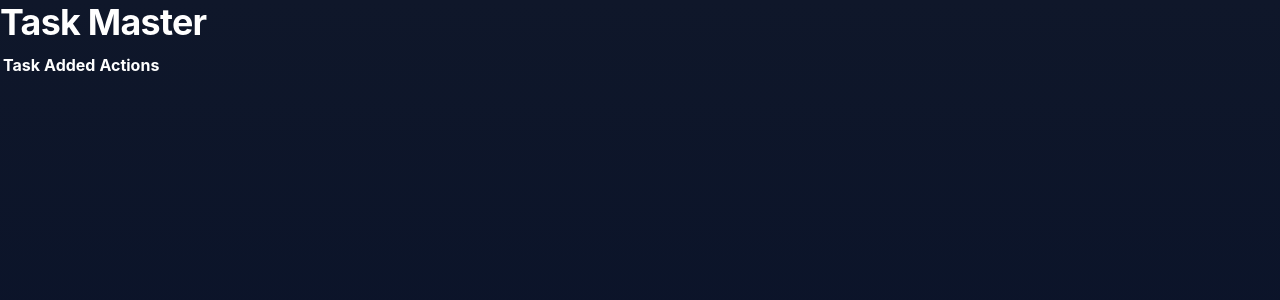
Repository: k10sj02/task-master-flex
Page: http://localhost/
These files come from the project's save history. The page is drawn as it stood at one moment and after the next save; the edit follows.
The browser window is 1280 px wide. The pictures show the whole page.
The page is served by the project's application, run on Flask 3 (app.py).

Above is the page before, as saved 2025-11-13 21:46:39.

### templates/index.html
{% extends 'base.html' %}

{% block head %}
  <title>Hello from Child Template</title>
{% endblock %}

{% block content %}

<div class="content">
  <h1>Task Master</h1>

  <table>
    <tr>
      <th>Task</th>
      <th>Added</th>
      <th>Actions</th>
    </tr>
  </table>


</div>
{% endblock %}

### templates/base.html
<!doctype html>
<html lang="en">
<head>
  <meta charset="utf-8">
  <meta name="viewport" content="width=device-width, initial-scale=1">
  {% block head %}{% endblock %}
  <link rel="stylesheet" href="{{ url_for('static', filename='css/main.css') }}">
</head>


  <style>
    :root{
      --bg: #0f172a;
      --card: #0b1220;
      --accent: #60a5fa;
      --muted: #94a3b8;
      --white: #ffffff;
      font-family: Inter, system-ui, -apple-system, "Segoe UI", Roboto, "Helvetica Neue", Arial;
    }

    html,body{
      height:100%;
      margin:0;
      background: linear-gradient(180deg, var(--bg) 0%, #071029 100%);
      color:var(--white);
      -webkit-font-smoothing:antialiased;
      -moz-osx-font-smoothing:grayscale;
    }

    .wrap{
      min-height:100%;
      display:flex;
      align-items:center;
      justify-content:center;
      padding:2rem;
      box-sizing:border-box;
    }

    .card{
      background: linear-gradient(180deg, rgba(255,255,255,0.03), rgba(255,255,255,0.02));
      border:1px solid rgba(255,255,255,0.04);
      padding:2.25rem 3rem;
      border-radius:12px;
      box-shadow: 0 8px 30px rgba(2,6,23,0.6);
      text-align:center;
      max-width:720px;
      width:100%;
    }

    h1{
      margin:0 0 0.5rem 0;
      font-size:clamp(1.5rem, 2.8vw, 2.25rem);
      letter-spacing:-0.02em;
    }

    p.lead{
      margin:0;
      color:var(--muted);
      font-size:1rem;
    }

    .badge{
      display:inline-block;
      margin-bottom:1rem;
      background:rgba(96,165,250,0.12);
      color:var(--accent);
      border-radius:999px;
      padding:0.25rem 0.6rem;
      font-weight:600;
      font-size:0.85rem;
    }

    @media (max-width:420px){
      .card{padding:1.25rem}
    }
  </style>
</head>
<body>

  {% block content %}
  <!-- default content (child templates will override this) -->
  <main class="wrap">
    <section class="card">
      <div class="badge">Boilerplate</div>
      <h1>Hello World 2</h1>
      <p class="lead">
        This is a minimal HTML + CSS starter. Replace this text with your app content.
      </p>
    </section>
  </main>
  {% endblock %}

</body>
</html>

### app.py
from flask import Flask, render_template
from flask_sqlalchemy import SQLAlchemy
from datetime import datetime

app = Flask(__name__)
app.config['SQLALCHEMY_DATABASE_URI'] = 'sqlite:///test.db'
db = SQLAlchemy(app)

class Todo(db.Model):
  id = db.Column(db.Integer, primary_key=True)
  content = db.Column(db.String(200), nullable=False)
  completed = db.Column(db.Integer, default=0)
  date_created = db.Column(db.DateTime, default=datetime.utcnow)

  def __repr__(self):
    return '<Task %r>' % self.id

@app.route('/')
def index():
  return render_template('index.html')

if __name__ == "__main__":
  app.run(debug=True)

### static/main.css
/* Root variables for colors and fonts */
:root {
  --bg: #0f172a;         /* dark navy background */
  --card: #0b1220;       /* card background */
  --accent: #60a5fa;     /* soft blue accent */
  --muted: #94a3b8;      /* muted text */
  --white: #ffffff;       /* primary text color */
  --font-family: Inter, system-ui, -apple-system, "Segoe UI", Roboto, "Helvetica Neue", Arial;
}

/* Global reset and base styles */
html, body {
  height: 100%;
  margin: 0;
  padding: 0;
  font-family: var(--font-family);
  background: linear-gradient(180deg, var(--bg) 0%, #071029 100%);
  color: var(--white);
  -webkit-font-smoothing: antialiased;
  -moz-osx-font-smoothing: grayscale;
}

/* Wrapper to center content */
.wrap {
  min-height: 100%;
  display: flex;
  align-items: center;
  justify-content: center;
  padding: 2rem;
  box-sizing: border-box;
}

/* Card component */
.card {
  background: linear-gradient(180deg, rgba(255,255,255,0.03), rgba(255,255,255,0.02));
  border: 1px solid rgba(255,255,255,0.04);
  padding: 2rem 3rem;
  border-radius: 12px;
  box-shadow: 0 8px 30px rgba(2,6,23,0.6);
  text-align: center;
  max-width: 720px;
  width: 100%;
}

/* Headings */
h1 {
  margin: 0 0 0.5rem 0;
  font-size: clamp(1.5rem, 2.8vw, 2.25rem);
  letter-spacing: -0.02em;
}

/* Paragraphs with muted text */
p.lead {
  margin: 0;
  color: var(--muted);
  font-size: 1rem;
}

/* Badge component */
.badge {
  display: inline-block;
  margin-bottom: 1rem;
  background: rgba(96,165,250,0.12);
  color: var(--accent);
  border-radius: 999px;
  padding: 0.25rem 0.6rem;
  font-weight: 600;
  font-size: 0.85rem;
}

/* Responsive tweaks */
@media (max-width: 420px) {
  .card {
    padding: 1.25rem;
  }
}

After the next save:
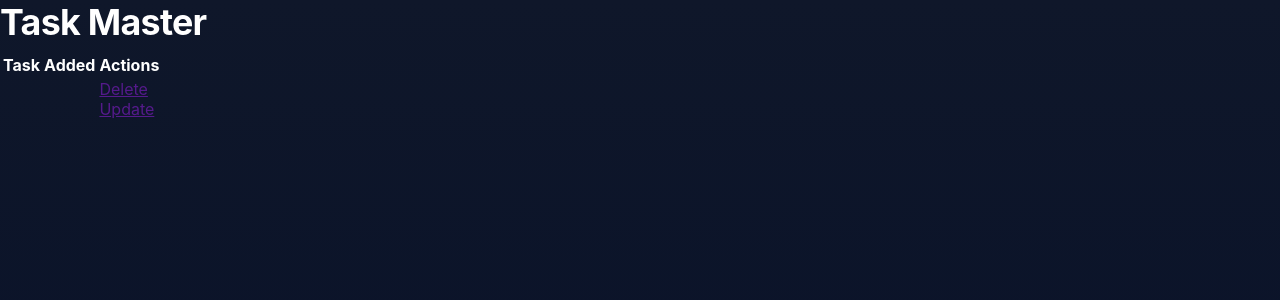
Saved 6 min 43 s later.
--- a/templates/index.html
+++ b/templates/index.html
@@ -15,6 +15,16 @@
       <th>Added</th>
       <th>Actions</th>
     </tr>
+    <tr>
+      <td></td>
+      <td></td>
+      <td>
+        <a href="">Delete</a>
+        <br>
+        <a href="">Update</a>
+      </td>
+    </tr>
+
   </table>
 
 
